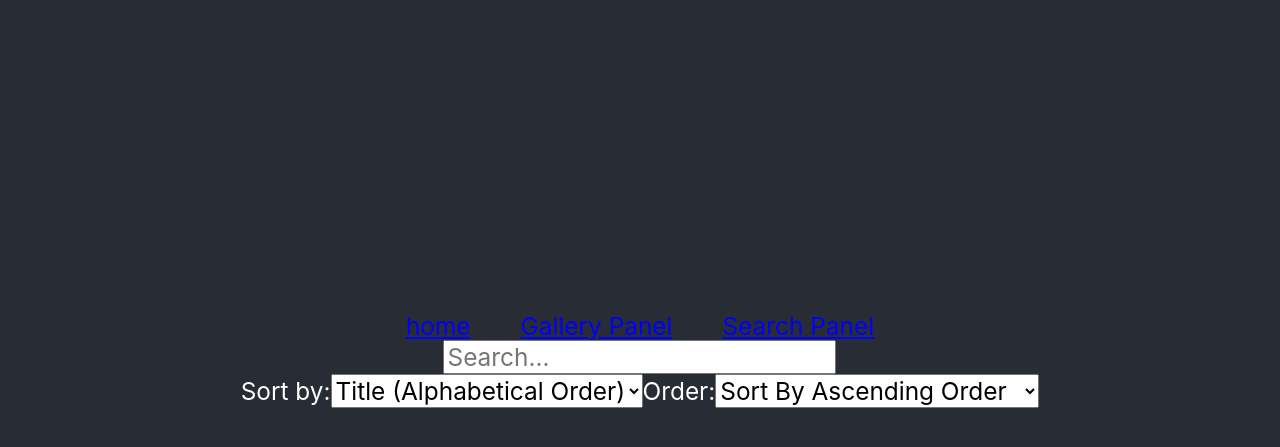
Repository: ZhengyuLi0929/ArtMuseum_ArtIC
Page: /list
An editor plug-in stored every save of this project. The page is shown before and after the next save, followed by the edit.
The browser window is 1280 px wide. The pictures show the whole page.
The project was rebuilt for these pictures with package versions that can differ from the ones it lists, and the page was loaded fresh each time. Also part of the build but not shown: src/home.tsx, src/gallery.tsx, src/details.tsx.

Above is the page before, as saved 2023-01-11 07:50:51.

### src/App.tsx
import React from 'react';
//import logo from './logo.svg';
import './App.css';
import {
  BrowserRouter as Router,
  Route,
  Routes,
  Link} from "react-router-dom"

import HomeView from './home';
import GalleryView from './gallery';
import ListView from './list';
import ItemDetails from './details';

function App() {
  return (
    <Router>
    <div className="App">
      <header className="App-header">
        <div style={{
            display: 'flex',
            flexWrap: 'nowrap',
            justifyContent: 'space-between'
        }}>
          <Link to ="/" style={{ color: 'blue', textDecoration: 'underline', marginRight: "50px"}}> home </Link>
          <Link to ="/gallery" style={{ color: 'blue', textDecoration: 'underline', marginRight: "50px" }}> Gallery Panel </Link>
          <Link to ="/list" style={{ color: 'blue', textDecoration: 'underline' }}> Search Panel </Link>
        </div>
          <Routes>
            <Route path = "/" element = {<HomeView></HomeView>}/>
            <Route path = "/gallery" element = {<GalleryView></GalleryView>}/>
            <Route path = "/list" element = {<ListView></ListView>}/>
            <Route path="/items/:itemId" element={<ItemDetails></ItemDetails>} />
          </Routes>
      </header>
    </div>
    </Router>
  );
}

export default App;

### src/list.tsx
import * as React from 'react';
import axios from 'axios';
import { ResultType } from '@remix-run/router/dist/utils';
import { Link } from 'react-router-dom';

interface Image {
  id: number;
  image_id: string;
  title: string;
  url: string;
//   date_start: string;
  _score: number;
}

interface State {
  searchTerm: string;
  searchResults: Image[];
//   sorted: Image[];
  sortBy: 'title' | 'id';
  isAscending: 'false' | 'true';
}

const api = axios.create({ baseURL: 'https://api.artic.edu/api/v1/' });

class ListView extends React.Component<{}, State> {
  constructor(props: {}) {
    super(props);
    this.state = {
      searchTerm: '',
      searchResults: [],
    //   sorted: [],
      sortBy: 'title',
      isAscending: 'false',
    };
  }

  handleSortChange = (event: React.ChangeEvent<HTMLSelectElement>) => {
    this.setState({ sortBy: event.target.value as 'title' | 'id' });
    this.sortSearchResults();
  }

  handleSortOrderChange = (event: React.ChangeEvent<HTMLSelectElement>) => {
    this.setState({ isAscending: event.target.value as 'false' | 'true' });
    this.sortSearchResults();
  }

//   = async (event: React.ChangeEvent<HTMLInputElement>) => {
//     this.setState({searchTerm: event.target.value});

    // make the api call
    // try {
    //     const response = await api.get(`artworks/search?q=${this.state.searchTerm}&&fields=id,title,image_id&&limit=50`);
    //     const tempResults = response.data.data.map((image: Image) => {
    //       return {
    //         id: image.id,
    //         title: image.title,
    //         url: `http://www.artic.edu/iiif/2/${image.image_id}/full/843,/0/default.jpg`
    //       }
    //     });
    //     this.setState({ searchResults: tempResults });
    // } catch (error) {
    //     console.log(error);
    // }


  sortSearchResults = () => {
    const { searchResults, sortBy, isAscending } = this.state;
    let sortedSearchResults = [...searchResults];
    if (sortBy === 'title') {
        if (isAscending === 'true') {
            sortedSearchResults.sort((a: Image, b: Image) => (a.title > b.title) ? 1 : -1);
        }
        else{
            sortedSearchResults.sort((a: Image, b: Image) => (a.title > b.title) ? -1 : 1);
        }
    } else {
        if (isAscending === 'true') {
            sortedSearchResults.sort((a: Image, b: Image) => (a.id > b.id) ? 1 : -1);
        }
        else{
            sortedSearchResults.sort((a: Image, b: Image) => (a.id > b.id) ? -1 : 1);
        }
    }
    this.setState({ searchResults: sortedSearchResults });
  }


  handleSearch = async (event: React.ChangeEvent<HTMLInputElement>) => {
    this.setState({searchTerm: event.target.value});
    try {
        const searchResponse = await api.get(`artworks/search?q=${this.state.searchTerm}&&fields=id,title,image_id&&limit=50`);
        const searchResults = searchResponse.data.data.map((image: Image) => {
          return {
            id: image.id,
            title: image.title,
            image_id: image.image_id,
            url: `http://www.artic.edu/iiif/2/${image.image_id}/full/843,/0/default.jpg`,
            // date_start: artworkData.date_start,
            _score: image._score
          }
        });
        searchResults.sort((a: Image, b: Image) => (a.title > b.title) ? 1 : -1);
        this.setState({ searchResults });
      } catch (error) {
        console.log(error);
      }
  }

  render() {
    return (
      <div>
        <input
          type="text"
          placeholder="Search..."
          value={this.state.searchTerm}
          onChange={this.handleSearch}
        />
        <div>
          <label>
            Sort by:
            <select value={this.state.sortBy} onChange={this.handleSortChange}>
              <option value="title">Title (Alphabetical Order) </option>
              <option value="score">ID (assigned by ArtIC)</option>
            </select>
          </label>
          <label>
            Order:
            <select value={this.state.isAscending} onChange={this.handleSortOrderChange}>
              <option value= 'false'>Sort By Ascending Order </option>
              <option value= 'true'> Sort By Descending Order </option>
            </select>
          </label>
        </div>
        <div>
          {this.state.searchResults.map((result, index) => (
            <li className="w3-bar" key={result.id}>
            <Link to = {`/items/${result.id}`} className="listrow">
              <h2>{result.title}</h2>
              <h2>ID: {result.id}</h2>
              <img src={result.url} height = "200" alt={result.title}/>
            </Link>
            </li>
          ))}
        </div>
      </div>
    );
  }

}

export default ListView;



// export default function ListView(){
    // interface Image{
    //     id: number
    //     image_id: string
    //     title: string
    //     _score: number
    // }
    // const [imagesUrl, setImagesUrl] = useState<string[]>([]);
    // const [title, setTitle] = useState<string []>([]);

    // const api = axios.create({baseURL: 'https://api.artic.edu/api/v1/'})

    // api.get('artworks/search?q=monet&&fields=id,title,image_id&&limit=50')
    //     .then((res) => {
    //         const tempImage : string [] = []
    //         const tempTitle: string [] = []
    //         if (res.data) {
    //             res.data.data.map
    //             ((image: Image) =>{tempImage.push(`http://www.artic.edu/iiif/2/${image.image_id}/full/843,/0/default.jpg`)})
    //             res.data.data.map((image:Image) => {tempTitle.push(`${image.title}`)})
    //             setImagesUrl(tempImage)
    //             setTitle(tempTitle)
    //         }
    //     }
    //     )

//     return(
//         <div>
//             <div>
//                 Here is the Gallery Panel!
//             </div>
//             {
//                 imagesUrl.length ? imagesUrl.map(
//                     (url:string) => {
//                         return (
//                         <img src = {url} height = "200"></img>
//                         )
//                     }
//                 ) : <></>
//             }
//             {/* {
//                 title.length ? title.map(
//                     (name:string) => {
//                         return (
//                         <div>{name}</div>
//                         )
//                     }
//                 ) : <></>
//             } */}
//         </div>
//     )
// }

Loaded but not shown: public/index.html (common file); src/index.tsx (common file); src/index.css (common file); src/reportWebVitals.ts (common file); src/App.css (common file)

After the next save:
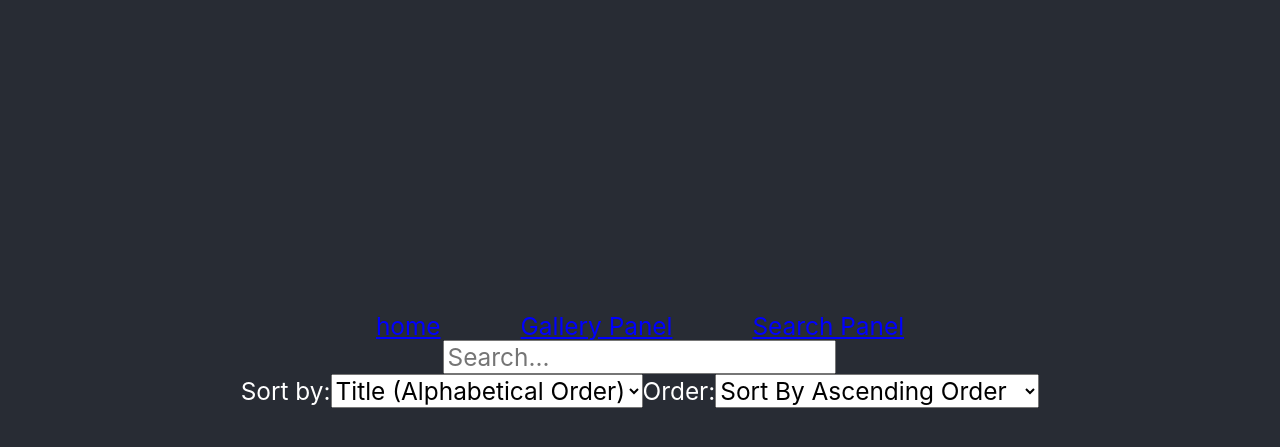
Saved 8 s later.
--- a/src/App.tsx
+++ b/src/App.tsx
@@ -22,8 +22,8 @@ function App() {
             flexWrap: 'nowrap',
             justifyContent: 'space-between'
         }}>
-          <Link to ="/" style={{ color: 'blue', textDecoration: 'underline', marginRight: "50px"}}> home </Link>
-          <Link to ="/gallery" style={{ color: 'blue', textDecoration: 'underline', marginRight: "50px" }}> Gallery Panel </Link>
+          <Link to ="/" style={{ color: 'blue', textDecoration: 'underline', marginRight: "80px"}}> home </Link>
+          <Link to ="/gallery" style={{ color: 'blue', textDecoration: 'underline', marginRight: "80px" }}> Gallery Panel </Link>
           <Link to ="/list" style={{ color: 'blue', textDecoration: 'underline' }}> Search Panel </Link>
         </div>
           <Routes>
